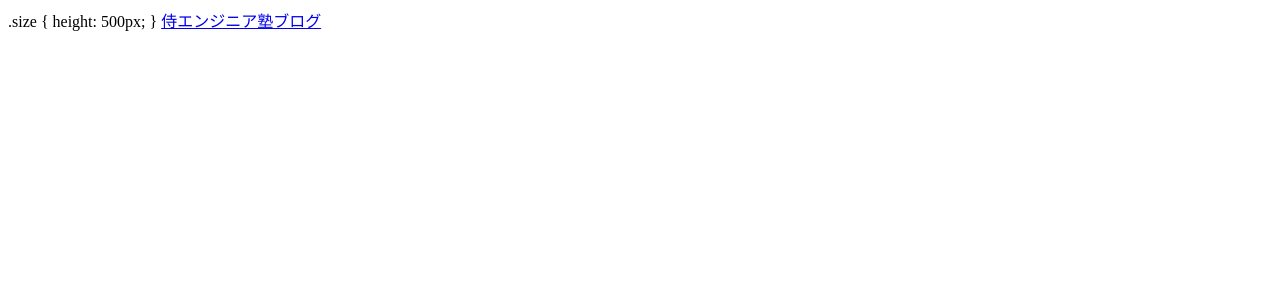
Repository: barabaaaara/samurai_HTML-CSS2
Page: home.html
The author's editor kept a record of every edit. The page is drawn from the files as they stood at one moment, then again after the next edit.
The browser window is 1280 px wide. The pictures show the whole page.

Above is the page before.

### home.html
<!DOCTYPE html>
<html lang="ja">
    <head>
        <meta charset="UTF-8">
        <title>HTML/CSSの学習</title>
        <link rel="stylesheet" href="stylesheet.css">
        .size {
                height: 500px;
            }
        </style>
    </head>
    <body>
        <a href="https://www.sejuku.net/blog/">侍エンジニア塾ブログ</a>
        <div id="wrapper">
        </div>
    </body>
</html>

### stylesheet.css
charset "utf-8";

body {
	margin: 0;
	padding: 0;
	font-family: "ヒラギノ角ゴ Pro W3", "Hiragino Kaku Gothic Pro", "メイリオ", Meiryo, Osaka, "ＭＳ Ｐゴシック", "MS PGothic", sans-serif;
	color: #333;
	font-size: 13px;
	line-height: 150%;
}

/* -------------------- wrapper -------------------- */
#wrapper {
	width: 100%;
	margin: auto;
	padding: 0px;
	border: 0px;
	background-color: #FFF;
	top: 10px;
}

/* -------------------- header -------------------- */
#header {
	width: 100%;
}
#header h1 {
	margin: 0;
	padding: 0;
}

#corridor {
	width: 100%;
	height: auto;
}

/* -------------------- footer -------------------- */
#footer {
	clear: both;
	width: 100%;
	padding: 3px 0 3px 0;
	background: #39F;
	color: #FFF;
	font-weight: bold;
	text-align: center;
}

/* -------------------- nav -------------------- */
#nav {
	width: 100%;
}
#nav ul {
	display: flex;
	margin: 0;
	padding: 0;
	list-style-type: none;
}
#nav ul li {
	width: 20%;
	text-align: center;
}
#nav ul li a {
	display: block;
	height: 20px;
	margin: 0;
	padding: 10px;
	color: #FFF;
	font-size: 20px;
	text-decoration: none;
	background-color: green;
}

#nav ul li a:hover {
	filter: drop-shadow(10px 10px 10px black);
}

/* -------------------- container -------------------- */
#container {
	width: 100%;
	margin: auto ;
	padding: auto;
	padding-top: 20px;
	clear: both;
	display: grid;
	grid-template-columns: 70vw 30vw;
}
/* -------------------- main -------------------- */
#main {
	width: 95%;
	padding: 10px 30px 10px 10px;
}
#main h2 {
	margin: 0 0 10px 0;
	padding: 3px 10px 3px 10px;
	color: #FFF;
	font-size: 16px;
	border-left: solid 10px #C00;
	background: #F90 url(../images/main_h2.jpg) right top repeat-y;
}
#main p {
	margin: 0;
	padding: 0;
}
#main .post {
	margin: 0 0 30px 0;
}

#main .post img.right {
	margin: 0 0 0 8px;
}
#main .post img.left {
	margin: 0 8px 0 0;
}

.right {
	float: right;
	width: 40%;
	height: auto;
}
.left {
	float: left;
	width: 40%;
	height: auto;
}

/* -------------------- clearfix -------------------- */
.clearfix {
	zoom: 1;
}
.clearfix:after{
	content: "";
	display: block;
	clear: both;
}

/* -------------------- side -------------------- */
#side {
	width: 85%;
	padding: 20px;
	background-color: #F99;
}
#side .box {
	margin: 0 auto 30px auto;
	padding: 0 0 20px 0;
	background: url(images/side_box.png) bottom no-repeat;
}
#side .box h2 {
	margin: 0;
	padding: 8px;
	text-align: center;
	color: #fff;
	font-size: 16px;
	line-height: 16px;
	font-weight: normal;
	background: url(images/side_box_h2.png) center no-repeat;
}
#side .box .boxBody {
	padding: 8px;
	border-right: solid 1px #C36;
	border-bottom: solid 1px #C36;
	border-left: solid 1px #C36;
	background: #fff;
}
#side .box .boxBody ul {
	margin: 0 0 16px 0;
	padding: 0;
}
#side .box .boxBody ul li {
	padding: 8px 0 8px 4px;
	list-style: none;
	border-bottom: solid 1px #C36;
}

#side .box .boxBody ul li:hover {
	padding: 8px 0 8px 4px;
	list-style: none;
	border-bottom: solid 1px #C36;
	box-shadow: 0px 4px 4px rgba(0, 0, 0, 0.3);
}

After the next edit:
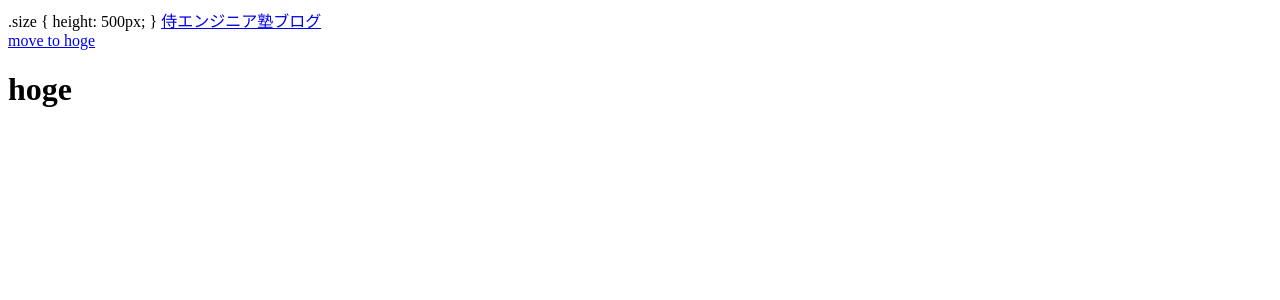
The edit:
--- a/home.html
+++ b/home.html
@@ -13,5 +13,12 @@
         <a href="https://www.sejuku.net/blog/">侍エンジニア塾ブログ</a>
         <div id="wrapper">
         </div>
+
+        <div class="size">
+            <a href="#hoge">move to hoge</a>
+        </div>
+
+         <h1>hoge</h1>
+        <div id="hoge" class="size">
     </body>
 </html>
